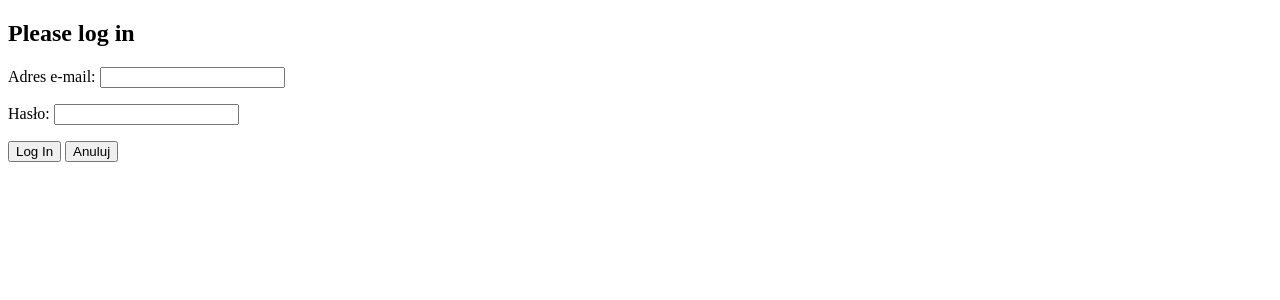
Repository: SirRabbitt/Aplikacja-crud-z-logowaniem-php-js-
Page: http://localhost/login.php
The author's editor kept a copy of each file at every save. The page is drawn from the files as they stood at one save, then again after the next save.
The browser window is 1280 px wide. The pictures show the whole page.
The page is run by PHP 8.4 with error messages shown; the project is at /var/www/html/. pdo.php is not in the repository; a stand-in opens the database connection. Other server files are loaded and not shown.

Above is the page before, as saved 2024-05-21 12:54:15.

### login.php
<?php
session_start();
require_once "pdo.php";

if (isset($_POST['cancel'])) {
    header("Location: index.php");
    return;
}

if (isset($_POST['email']) && isset($_POST['pass'])) {
    if (strlen($_POST['email']) < 1 || strlen($_POST['pass']) < 1) {
        $_SESSION['error'] = "Wszystkie pola są wymagane";
        header("Location: login.php");
        return;
    } else {
        $check = hash('md5', 'XyZzy12*_'.$_POST['pass']);
        $stmt = $pdo->prepare("SELECT user_id, name FROM users WHERE email = :em AND password = :pw");
        $stmt->execute(array(':em' => $_POST['email'], ':pw' => $check));
        $row = $stmt->fetch(PDO::FETCH_ASSOC);
        if ($row !== false) {
            $_SESSION['name'] = $row['name'];
            $_SESSION['user_id'] = $row['user_id'];
            header("Location: index.php");
            return;
        } else {
            $_SESSION['error'] = "Niepoprawny adres e-mail lub hasło";
            header("Location: login.php");
            return;
        }
    }
}
?>
<!DOCTYPE html>
<html>
<head>
<title>b82706ae</title>
<script>
function showError() {
    alert("Niepoprawny adres e-mail lub haslo");
}
</script>
</head>
<body>

<?php
if (isset($_SESSION['error'])) {
    echo "<script>showError();</script>";
    unset($_SESSION['error']);
}
?>
<h2>Please log in</h2>
<form method="POST">
<p>Adres e-mail: <input type="text" name="email"></p>
<p>Hasło: <input type="password" name="pass"></p>
<input type="submit" value="Log In">
<input type="submit" name="cancel" value="Anuluj">
</form>
</body>
</html>

After the next save:
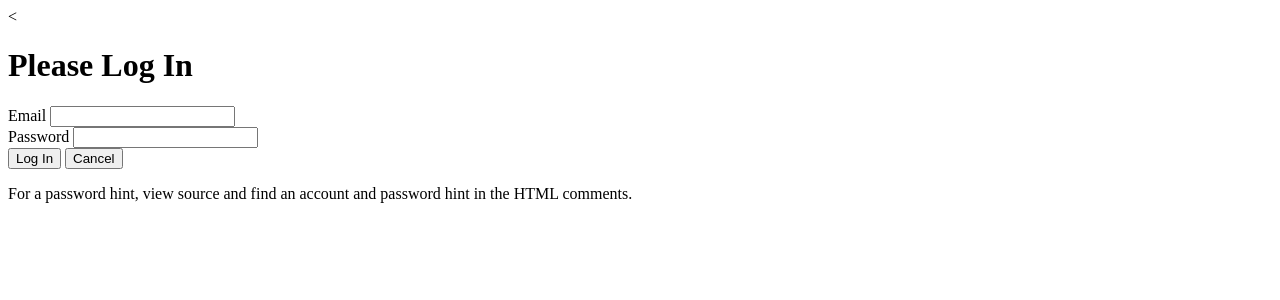
Saved 60 s later.
--- a/login.php
+++ b/login.php
@@ -40,20 +40,50 @@ function showError() {
 }
 </script>
 </head>
-<body>
+<<body>
+<div class="container">
+<h1>Please Log In</h1>
+<form method="POST" action="login.php">
+<label for="email">Email</label>
+<input type="text" name="email" id="email"><br>
+<label for="id_1723">Password</label>
+<input type="password" name="pass" id="id_1723"><br>
+<input type="submit" onclick="return doValidate();" value="Log In">
+<input type="submit" name="cancel" value="Cancel">
+</form>
+<p>
+For a password hint, view source and find an account and password hint
+in the HTML comments.
+<!-- Hint:
+The account is umsi@umich.edu
+The password is the three character name of the
+programming language used in this class (all lower case)
+followed by 123. -->
+</p>
+<script>
+function doValidate() {
+    console.log('Validating...');
+    try {
+        addr = document.getElementById('email').value;
+        pw = document.getElementById('id_1723').value;
+        console.log("Validating addr="+addr+" pw="+pw);
+        if (addr == null || addr == "" || pw == null || pw == "") {
+            alert("Both fields must be filled out");
+            return false;
+        }
+        if ( addr.indexOf('@') == -1 ) {
+            alert("Invalid email address");
+            return false;
+        }
+        return true;
+    } catch(e) {
+        return false;
+    }
+    return false;
+}
+</script>
 
-<?php
-if (isset($_SESSION['error'])) {
-    echo "<script>showError();</script>";
-    unset($_SESSION['error']);
-}
-?>
-<h2>Please log in</h2>
-<form method="POST">
-<p>Adres e-mail: <input type="text" name="email"></p>
-<p>Hasło: <input type="password" name="pass"></p>
-<input type="submit" value="Log In">
-<input type="submit" name="cancel" value="Anuluj">
-</form>
+</div>
+
 </body>
 </html>
